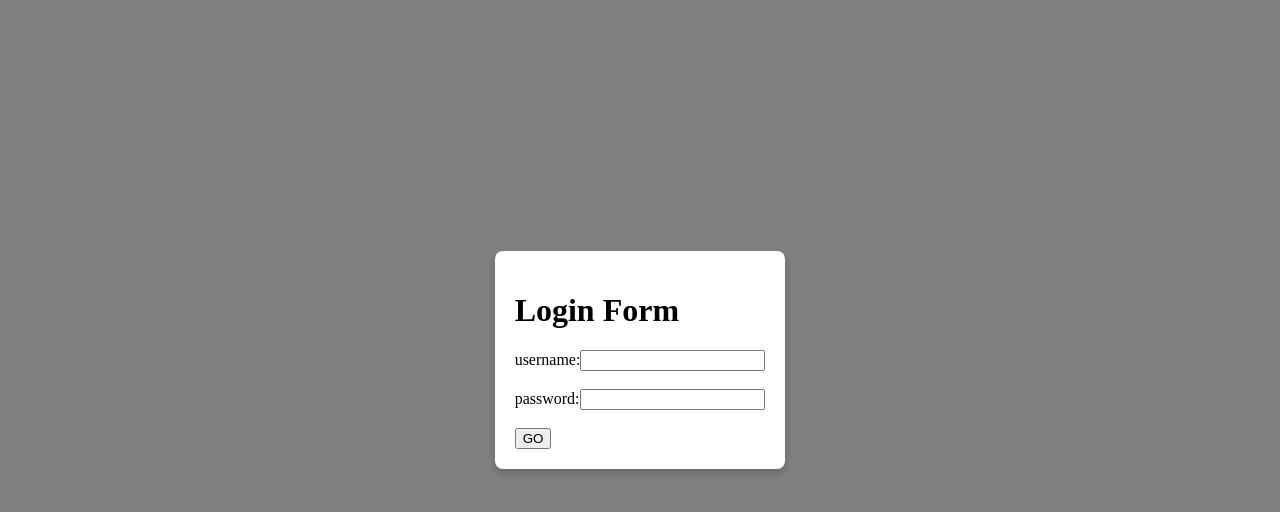
Repository: VIJAYkollu-7568/rakhi
Page: jsp/src/main/webapp/login.html
An editor plug-in stored every save of this project. The page is shown before and after the next save, followed by the edit.
The browser window is 1280 px wide. The pictures show the whole page.

Above is the page before, as saved 2024-11-07 09:18:37.

After the next save:
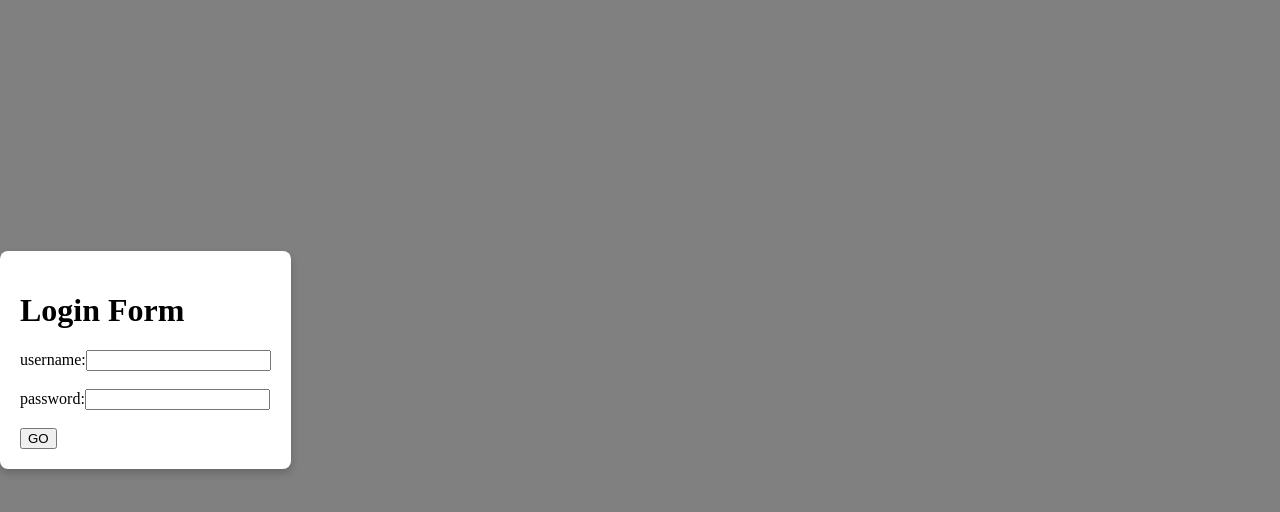
Saved 13 s later.
--- a/jsp/src/main/webapp/login.html
+++ b/jsp/src/main/webapp/login.html
@@ -11,8 +11,8 @@ display: flex;
 background-color:grey;
  min-height: 100vh;
             margin: 0;
-             align-items: center;
-            justify-content: center;
+align-items: center;
+
 }
 form{
 background-color:white;
